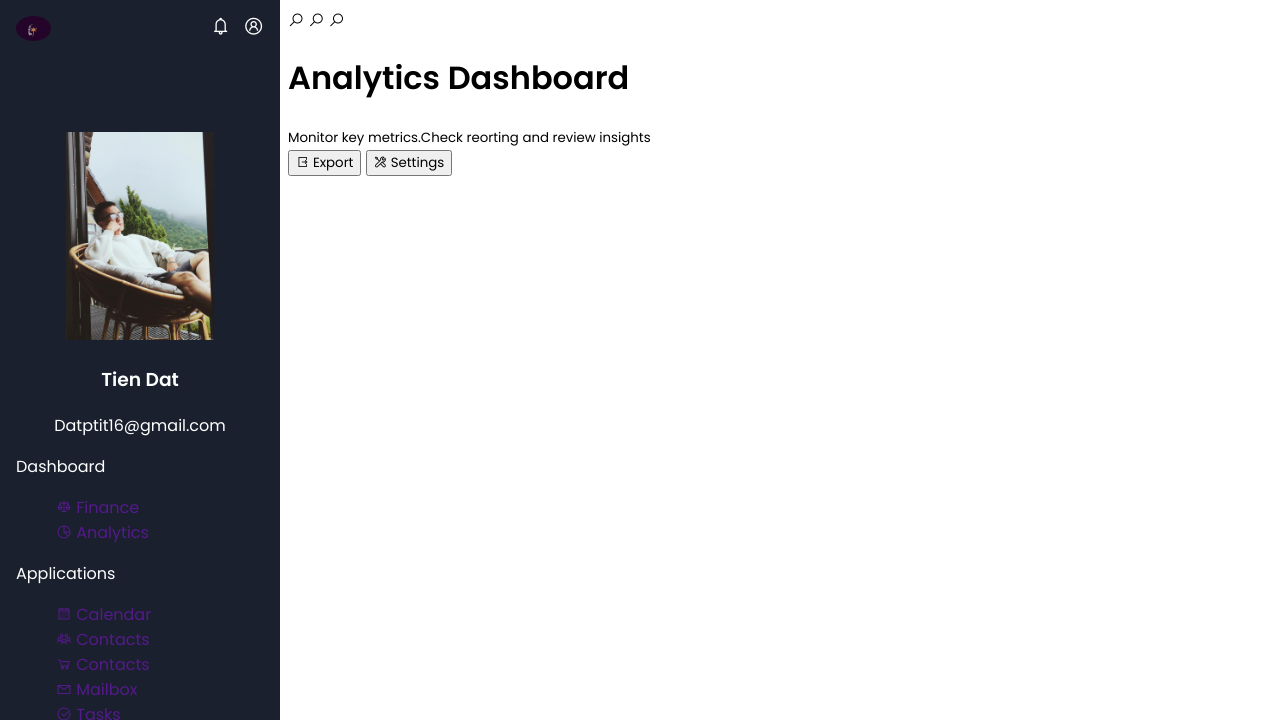
Repository: Datt21/dashboard-fe-project
Page: index.html
These files come from the project's save history. The page is drawn as it stood at one moment and after the next save; the edit follows.
The browser window is 1280 px wide. The pictures show the whole page.

Above is the page before, as saved 2021-06-08 14:08:35.

After the next save:
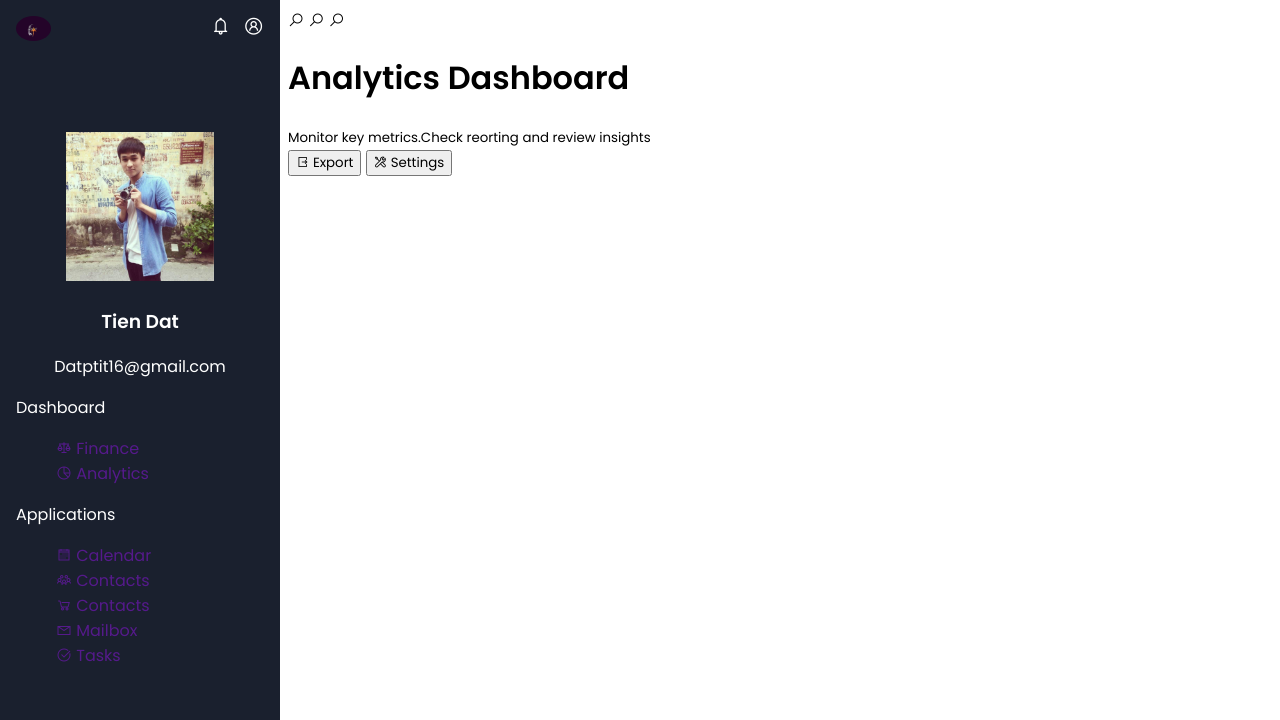
Saved 3 min 11 s later.
--- a/index.html
+++ b/index.html
@@ -32,7 +32,7 @@
     <!-- main -->
          <div class="sidebar__main">
              <div class="sidebar__user">
-                 <img src="./img/Daboo1.jpg" alt="">
+                 <img src="./img/119942988_206292647508421_8132941228799644311_n.jpg" alt="">
                  <div>
                      <h3> Tien Dat</h3>
                      <span> Datptit16@gmail.com</span>
